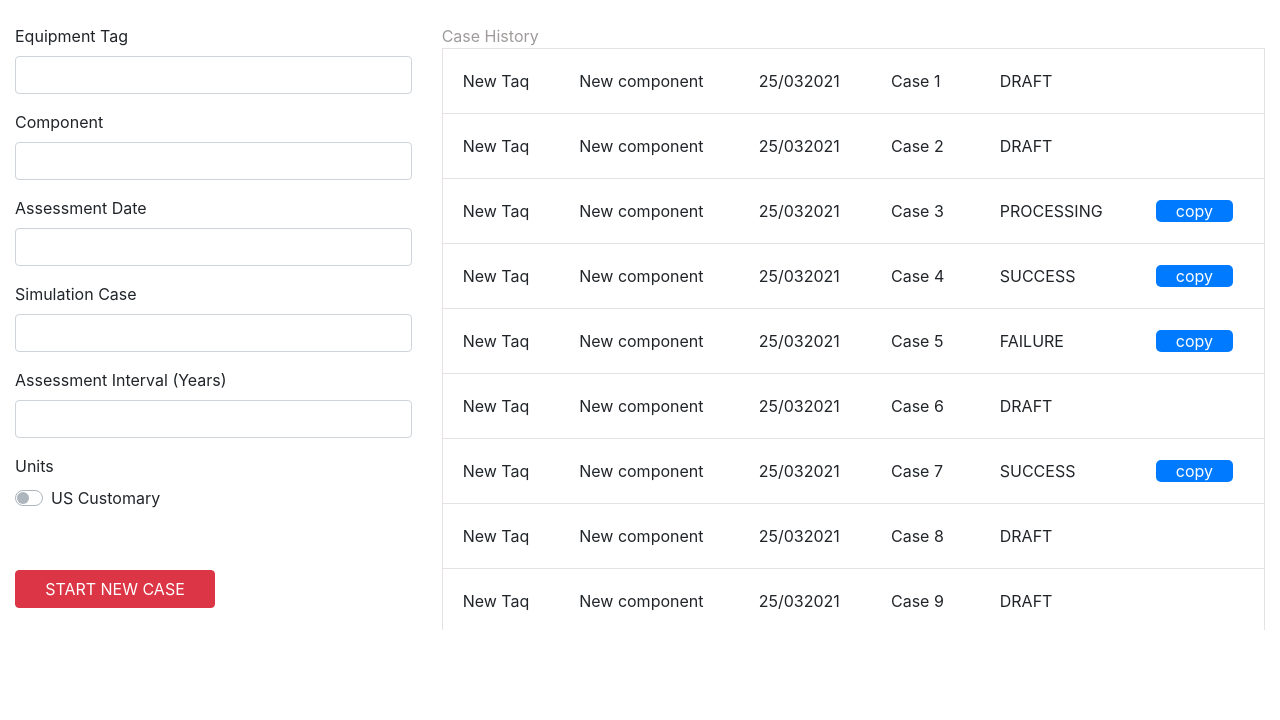
Repository: arif286/dashboard
Page: /
An editor plug-in stored every save of this project. The page is shown before and after the next save, followed by the edit.
The browser window is 1280 px wide. The pictures show the whole page.
An inner scrolling area shows only its first screen. The project was rebuilt for these pictures with package versions that can differ from the ones it lists, and the page was loaded fresh each time. The framework's server and built-in components were replaced by stand-ins that run in the browser. Also part of the build but not shown: nuxt.config.js, components/Nav.vue.

Above is the page before, as saved 2021-06-18 19:54:18.

### components/Form.vue
<template>
  <div>
    <form class="Assessment-input" action="">
      <div class="mb-3">
        <label for="Input1" class="form-label">Equipment Tag</label>
        <input id="Input1" type="text" class="form-control">
      </div>
      <div class="mb-3">
        <label for="Input2" class="form-label">Component</label>
        <input id="Input2" type="text" class="form-control">
      </div>
      <div class="mb-3">
        <label for="Input3" class="form-label">Assessment Date</label>
        <input id="Input3" type="text" class="form-control">
      </div>
      <div class="mb-3">
        <label for="Input4" class="form-label">Simulation Case</label>
        <input id="Input4" type="text" class="form-control">
      </div>
      <div class="mb-3">
        <label for="Input5" class="form-label">Assessment Interval (Years)</label>
        <input id="Input5" type="text" class="form-control">
      </div>
      <div>
        <label for="Input5" class="form-label">Units</label>
        <b-form-checkbox v-model="checked" name="check-button" switch>
          US Customary
        </b-form-checkbox>
      </div>
      <b-button class="submit-button" type="submit" variant="danger">
        START NEW CASE
      </b-button>
    </form>
  </div>
</template>
<script>
export default {
  data () {
    return {
      form: {
        email: '',
        name: '',
        food: null,
        checked: []
      },
      foods: [
        { text: 'Select One', value: null },
        'Carrots',
        'Beans',
        'Tomatoes',
        'Corn'
      ],
      show: true,
      checked: false
    }
  },
  methods: {
    onSubmit (event) {
      event.preventDefault()
      alert(JSON.stringify(this.form))
    }
  }
}
</script>
<style>
.submit-button {
  width: 200px;
  margin-top: 60px;
}
.Assessment-input input:focus {
  border-color: red;
  box-shadow: none;
}
</style>

### components/Table.vue
<template>
  <div class="table-contain">
    <p class="title">
      Case History
    </p>
    <table class="w-100 table-border">
      <tbody>
        <tr v-for="item in data" :key="item.id">
          <td>{{ item.equipmentTag }}</td>
          <td>{{ item.component }}</td>
          <td>{{ item.assessmentDate }}</td>
          <td>Case {{ item.case }}</td>
          <td>
            <span>
              {{ item.status }}
            </span>
          </td>
          <td>
            <span :class="item.copy ? 'copy-btn' : ''">{{ item.copy ? 'copy' : '' }}</span>
          </td>
        </tr>
      </tbody>
    </table>
  </div>
</template>

<script>
export default {
  props: {
    data: {
      type: Array,
      required: true
    }
  }
}
</script>
<style scoped>

.table-border tr{
 border: 1px solid #e6e2e2;
}
.table-border td{
  padding: 20px;
}
.title{
  margin-bottom: 0px;
  color: #a09b9b;
}
.table-contain {
  height: 606px;
  overflow-y: scroll;
}
.copy-btn{
  background-color: #007bff;
  padding: 1px 20px;
  color: white;
  border-radius: 5px;
}
.status-draft{
  color: #007bff;
}
.status-process{
  color: orange;
}
.status-success{
  color: greenyellow;
}
.status-failure{
  color: red;
}
</style>

### pages/index.vue
<template>
  <div class="container">
    <div class="row mt-4">
      <div class="col-4">
        <Form />
      </div>
      <div class="col-8">
        <Table :data="dashboardData" />
      </div>
    </div>
  </div>
</template>

<script>
import { dashboardData } from '@/assets/dashboard.js'
// eslint-disable-next-line semi
export default {
  data () {
    return { dashboardData }
  }
}
</script>

<style>
.container {
  max-width: 1860px;
}
</style>

### assets/dashboard.js
export const dashboardData = [
  {
    id: 1,
    equipmentTag: 'New Taq',
    component: 'New component',
    assessmentDate: '25/032021',
    case: 1,
    status: 'DRAFT'
  },
  {
    id: 2,
    equipmentTag: 'New Taq',
    component: 'New component',
    assessmentDate: '25/032021',
    case: 2,
    status: 'DRAFT'
  },
  {
    id: 3,
    equipmentTag: 'New Taq',
    component: 'New component',
    assessmentDate: '25/032021',
    case: 3,
    status: 'PROCESSING',
    copy: true
  },
  {
    id: 4,
    equipmentTag: 'New Taq',
    component: 'New component',
    assessmentDate: '25/032021',
    case: 4,
    status: 'SUCCESS',
    copy: true
  },
  {
    id: 5,
    equipmentTag: 'New Taq',
    component: 'New component',
    assessmentDate: '25/032021',
    case: 5,
    status: 'FAILURE',
    copy: true
  },
  {
    id: 6,
    equipmentTag: 'New Taq',
    component: 'New component',
    assessmentDate: '25/032021',
    case: 6,
    status: 'DRAFT'
  },
  {
    id: 7,
    equipmentTag: 'New Taq',
    component: 'New component',
    assessmentDate: '25/032021',
    case: 7,
    status: 'SUCCESS',
    copy: true
  },
  {
    id: 8,
    equipmentTag: 'New Taq',
    component: 'New component',
    assessmentDate: '25/032021',
    case: 8,
    status: 'DRAFT'
  },
  {
    id: 9,
    equipmentTag: 'New Taq',
    component: 'New component',
    assessmentDate: '25/032021',
    case: 9,
    status: 'DRAFT'
  },
  {
    id: 10,
    equipmentTag: 'New Taq',
    component: 'New component',
    assessmentDate: '25/032021',
    case: 10,
    status: 'DRAFT'
  }
]

Loaded but not shown: layouts/default.vue (common file)

After the next save:
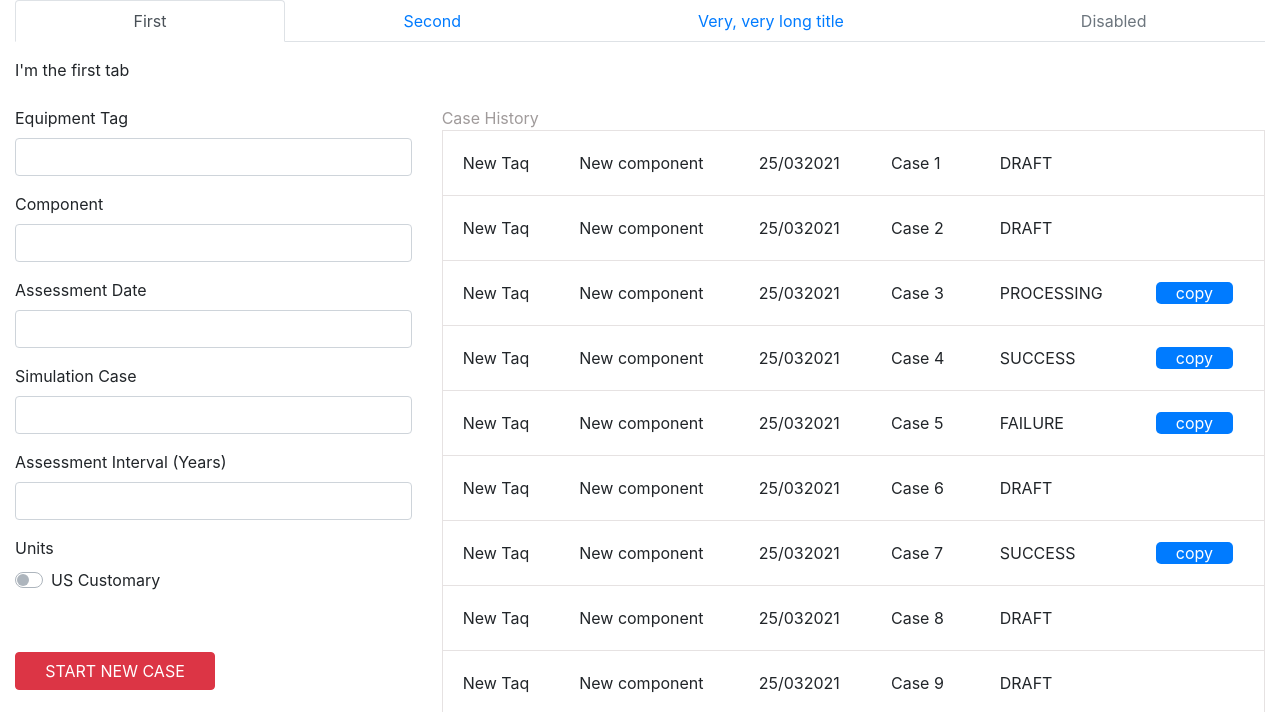
Saved 4 min 24 s later.
--- a/pages/index.vue
+++ b/pages/index.vue
@@ -1,5 +1,21 @@
 <template>
   <div class="container">
+    <div>
+      <b-tabs content-class="mt-3" fill>
+        <b-tab title="First" active>
+          <p>I'm the first tab</p>
+        </b-tab>
+        <b-tab title="Second">
+          <p>I'm the second tab</p>
+        </b-tab>
+        <b-tab title="Very, very long title">
+          <p>I'm the tab with the very, very long title</p>
+        </b-tab>
+        <b-tab title="Disabled" disabled>
+          <p>I'm a disabled tab!</p>
+        </b-tab>
+      </b-tabs>
+    </div>
     <div class="row mt-4">
       <div class="col-4">
         <Form />
